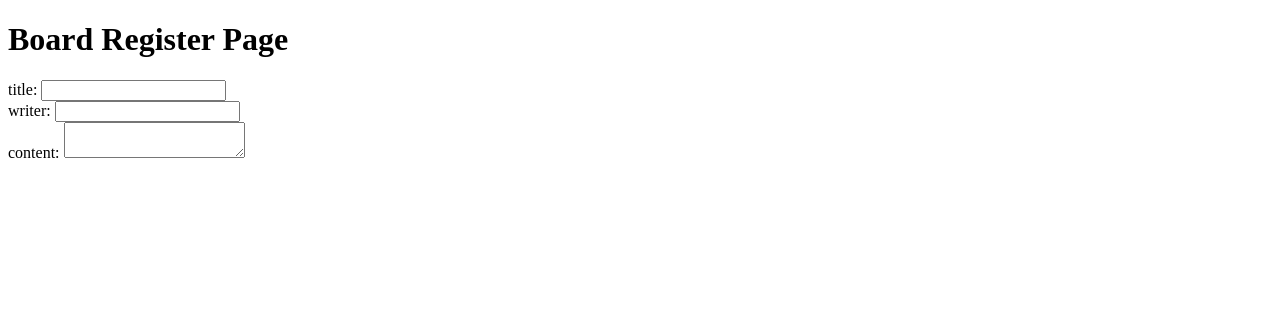
Repository: hwimi/2024-04-12-01
Page: http://localhost/jsp_study/board/register.jsp
These files come from the project's save history. The page is drawn as it stood at one moment and after the next save; the edit follows.
The browser window is 1280 px wide. The pictures show the whole page.
The page is served by Tomcat 9.

Above is the page before, as saved 2024-04-12 02:34:18.

After the next save:
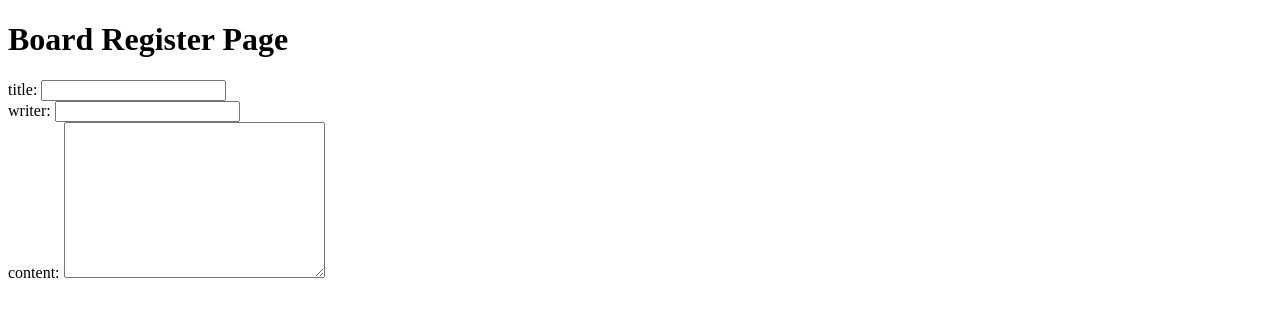
Saved 12 s later.
--- a/jsp_study/src/main/webapp/board/register.jsp
+++ b/jsp_study/src/main/webapp/board/register.jsp
@@ -11,7 +11,7 @@
 	<form action="/brd/insert" method="post">
 	title: <input type="text" name="title"><br>
 	writer: <input type="text" name="writer"><br>
-	content: <textarea rows="" cols=""></textarea>
+	content: <textarea rows="10" cols="30" name="content"></textarea>
 	</form>
 </body>
 </html>
